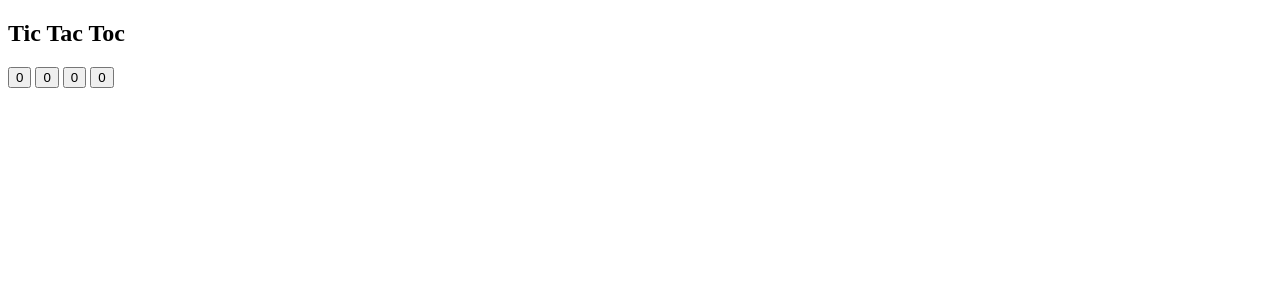
Repository: ksj5551d-cyber/ChugHub
Page: spsgame/game.html
An editor plug-in stored every save of this project. The page is shown before and after the next save, followed by the edit.
The browser window is 1280 px wide. The pictures show the whole page.

Above is the page before, as saved 2025-10-09 13:03:03.

### spsgame/game.html
<!DOCTYPE html>
<html lang="en">
<head>
    <meta charset="UTF-8">
    <meta name="viewport" content="width=device-width, initial-scale=1.0">
    <title>Document</title>
</head>
<body>
    <main>

        <h2>Tic Tac Toc</h2>
        <div class="game">
            <button class="box">0</button>
             <button class="box">0</button>
              <button class="box">0</button>
               <button class="box">0</button>
        </div>
    </main>

</body>
</html>

After the next save:
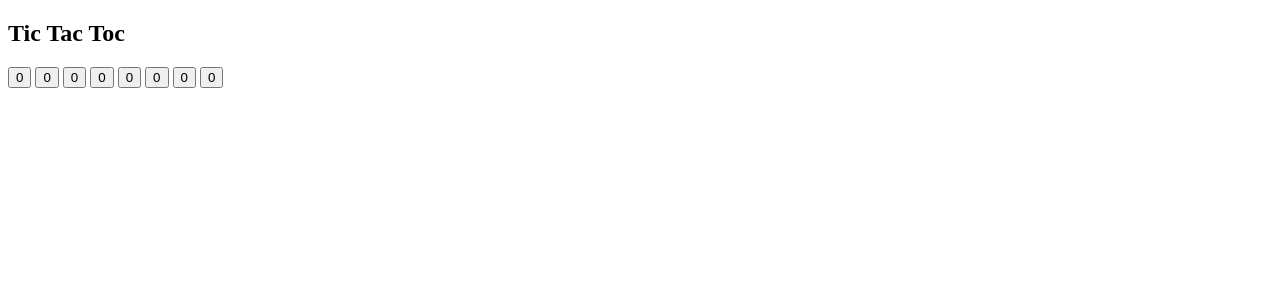
Saved 5 s later.
--- a/spsgame/game.html
+++ b/spsgame/game.html
@@ -14,6 +14,10 @@
              <button class="box">0</button>
               <button class="box">0</button>
                <button class="box">0</button>
+                <button class="box">0</button>
+                 <button class="box">0</button>
+                  <button class="box">0</button>
+                   <button class="box">0</button>
         </div>
     </main>
 
